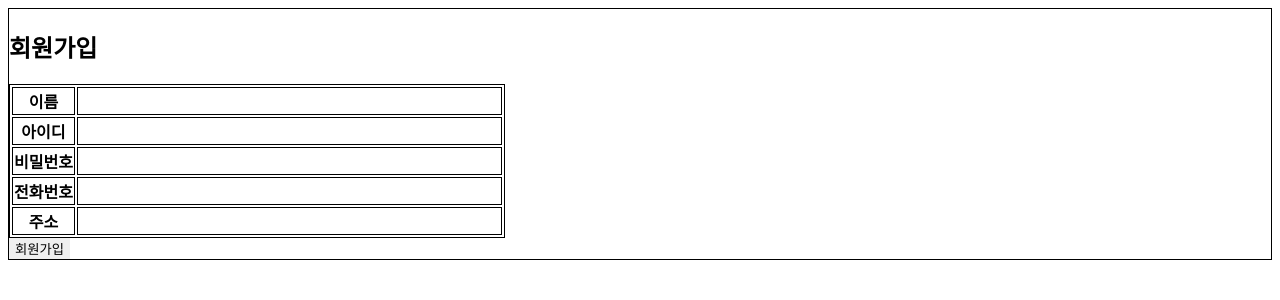
Repository: johwon/jspStudy
Page: jspStudy/src/main/webapp/member/member.html
An editor plug-in stored every save of this project. The page is shown before and after the next save, followed by the edit.
The browser window is 1280 px wide. The pictures show the whole page.

Above is the page before, as saved 2024-12-03 07:59:59.

After the next save:
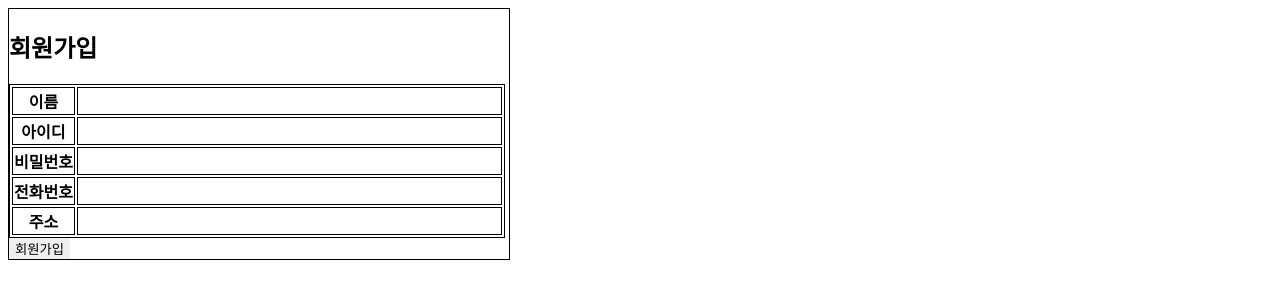
Saved 4 min 43 s later.
--- a/jspStudy/src/main/webapp/member/member.html
+++ b/jspStudy/src/main/webapp/member/member.html
@@ -7,6 +7,9 @@
 <style>
 table{
 	align : center;
+}
+form{
+	width : 500px
 }
 form, table, tr, th, td {
 	border: 1px solid black;
